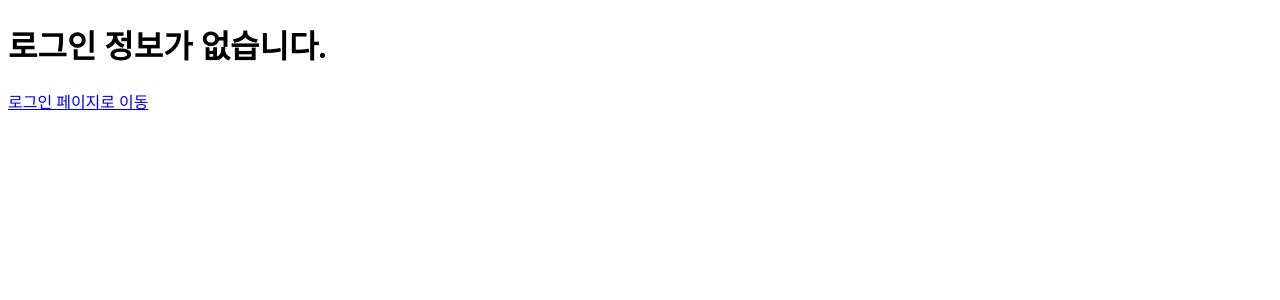
Repository: minimelody/servlet
Page: http://localhost/web1/views/member/logout.jsp
An editor plug-in stored every save of this project. The page is shown before and after the next save, followed by the edit.
The browser window is 1280 px wide. The pictures show the whole page.
The page is served by Tomcat 9. Other server files are loaded and not shown.

Above is the page before, as saved 2018-05-21 05:50:17.

### webworkspace2/web1/WebContent/views/member/logout.jsp
<%@ page language="java" contentType="text/html; charset=UTF-8"
    pageEncoding="UTF-8" import="member.model.vo.*" %>
<!DOCTYPE html PUBLIC "-//W3C//DTD HTML 4.01 Transitional//EN" "http://www.w3.org/TR/html4/loose.dtd">
<html>
<head>
<meta http-equiv="Content-Type" content="text/html; charset=UTF-8">
<title>Insert title here</title>
</head>
<body>
<%
	if((Member)session.getAttribute("user")!=null){
		session.invalidate();
%>
<h1>로그아웃 되었습니다.</h1>
<% }else{ %>
	<h1>로그인 정보가 없습니다.</h1>
<% } %>

<a href="/web1/views/member/memberIndex.html">로그인 페이지로 이동</a><br>
</body>
</html>

After the next save:
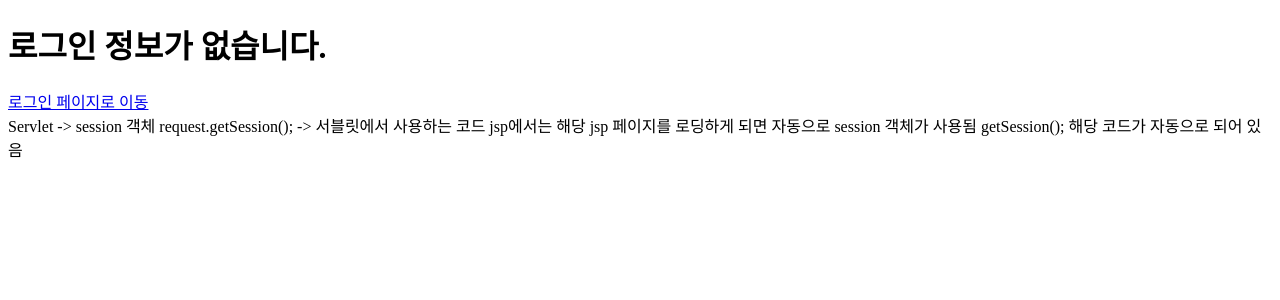
Saved 4 min 48 s later.
--- a/webworkspace2/web1/WebContent/views/member/logout.jsp
+++ b/webworkspace2/web1/WebContent/views/member/logout.jsp
@@ -19,3 +19,11 @@
 <a href="/web1/views/member/memberIndex.html">로그인 페이지로 이동</a><br>
 </body>
 </html>
+
+
+
+Servlet -> session 객체
+request.getSession(); -> 서블릿에서 사용하는 코드
+
+jsp에서는 해당 jsp 페이지를 로딩하게 되면 자동으로 session 객체가 사용됨
+getSession(); 해당 코드가 자동으로 되어 있음
